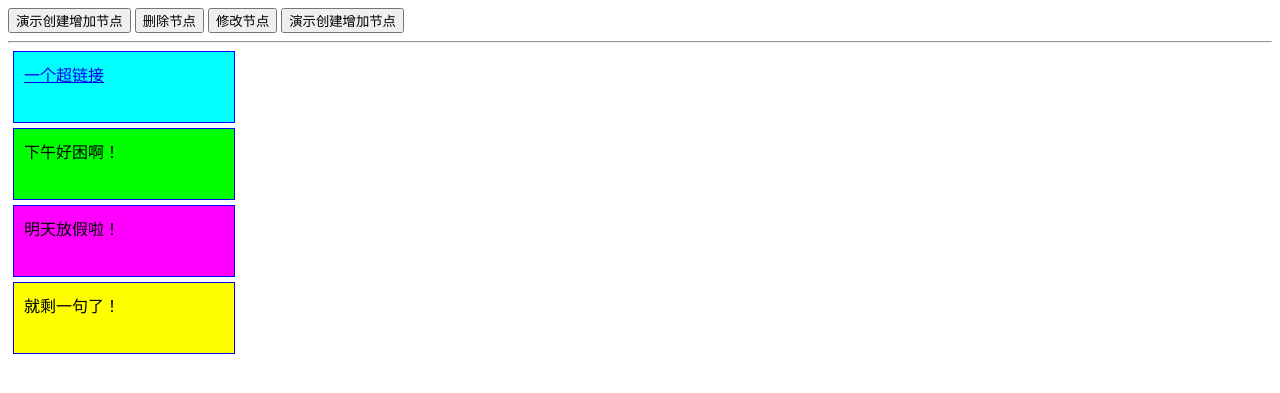
Repository: tangchengjingwen/javaLearningCode
Page: javaLearningCode/day31_html/crud_node.html
An editor plug-in stored every save of this project. The page is shown before and after the next save, followed by the edit.
The browser window is 1280 px wide. The pictures show the whole page.
After loading, the first visible `input` was clicked once.

Above is the page before, as saved 2012-05-15 06:20:10.

After the next save:
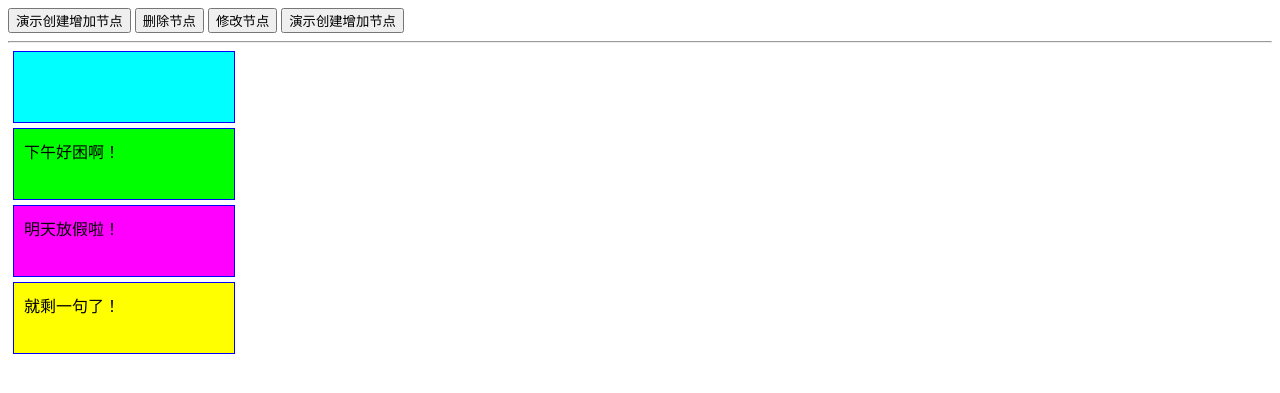
Console error: SyntaxError: Unexpected end of input
Saved 15 s later.
--- a/javaLearningCode/day31_html/crud_node.html
+++ b/javaLearningCode/day31_html/crud_node.html
@@ -89,11 +89,12 @@
 
 
 		//需求：用div_2节点替换div_4节点。
+		function
 		</script>
     	<input type="button" value="演示创建增加节点" onclick="crtAddNode()" />
     	<input type="button" value="删除节点" onclick="delNode()" />
     	<input type="button" value="修改节点" onclick="upDateNode()" />
-    	<input type="button" value="演示创建增加节点" onclick="crtAddNode()" />
+    	<input type="button" value="演示创建增加节点" onclick="upDateNode()" />
 		<hr/>
         <div id="div_1">
         </div>

After the save that followed:
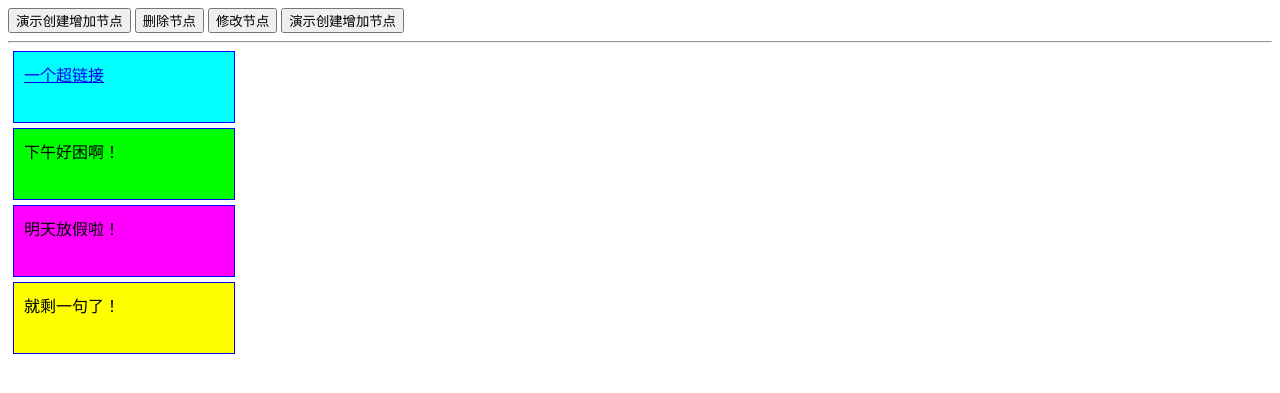
The error is gone.
Saved 9 s later.
--- a/javaLearningCode/day31_html/crud_node.html
+++ b/javaLearningCode/day31_html/crud_node.html
@@ -89,12 +89,14 @@
 
 
 		//需求：用div_2节点替换div_4节点。
-		function
+		function upDateNode_2(){
+
+		}
 		</script>
     	<input type="button" value="演示创建增加节点" onclick="crtAddNode()" />
     	<input type="button" value="删除节点" onclick="delNode()" />
     	<input type="button" value="修改节点" onclick="upDateNode()" />
-    	<input type="button" value="演示创建增加节点" onclick="upDateNode()" />
+    	<input type="button" value="演示创建增加节点" onclick="upDateNode_2()" />
 		<hr/>
         <div id="div_1">
         </div>
